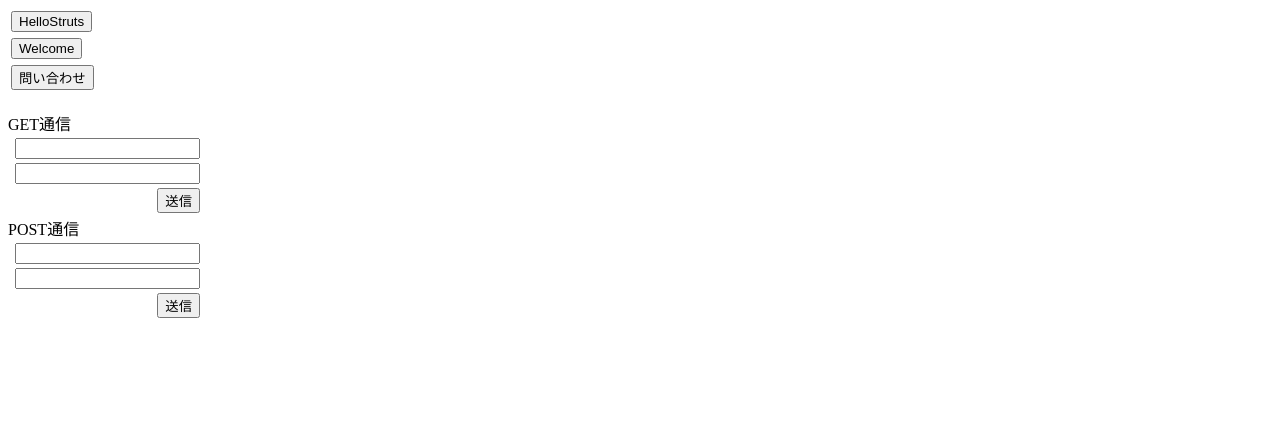
Repository: RyunosukeSaiga0816/test
Page: http://localhost/Webproj5/
The author's editor kept a copy of each file at every save. The page is drawn from the files as they stood at one save, then again after the next save.
The browser window is 1280 px wide. The pictures show the whole page.
The page is served by Tomcat 9. Other server files are loaded and not shown.

Above is the page before, as saved 2018-07-17 02:43:03.

### Webproj5/WebContent/index.jsp
<%@ page language="java" contentType="text/html; charset=UTF-8" pageEncoding="UTF-8"%>
<%@ taglib prefix="s" uri="/struts-tags" %>
<!DOCTYPE html>
<html>
	<head>
		<meta charset="UTF-8">
		<title>INDEX</title>
	</head>
	<body>
		<s:form action="HelloStrutsAction">
			<s:submit value="HelloStruts"/>
		</s:form>

		<s:form action="WelcomeAction">
			<s:submit value="Welcome"/>
		</s:form>

		<s:form action="InquiryAction">
			<s:submit value="問い合わせ"/>
		</s:form>
		<br>
		GET通信
		<s:form method="get" action="TestAction">
			<s:textfield name="username"/>
			<s:password name="password"/>
			<s:submit value="送信"/>
		</s:form>
		POST通信
		<s:form method="post" action="TestAction">
			<s:textfield name="username"/>
			<s:password name="passowrd"/>
			<s:submit value="送信"/>
		</s:form>
	</body>
</html>

After the next save:
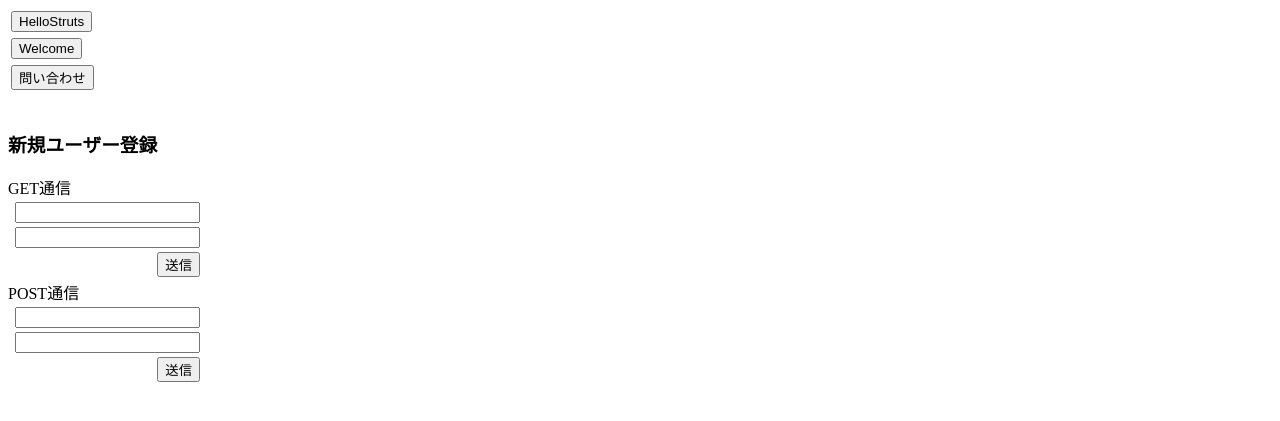
Saved 6 min 0 s later.
--- a/Webproj5/WebContent/index.jsp
+++ b/Webproj5/WebContent/index.jsp
@@ -19,6 +19,7 @@
 			<s:submit value="問い合わせ"/>
 		</s:form>
 		<br>
+		<h3>新規ユーザー登録</h3>
 		GET通信
 		<s:form method="get" action="TestAction">
 			<s:textfield name="username"/>
@@ -28,7 +29,7 @@
 		POST通信
 		<s:form method="post" action="TestAction">
 			<s:textfield name="username"/>
-			<s:password name="passowrd"/>
+			<s:password name="passoword"/>
 			<s:submit value="送信"/>
 		</s:form>
 	</body>
